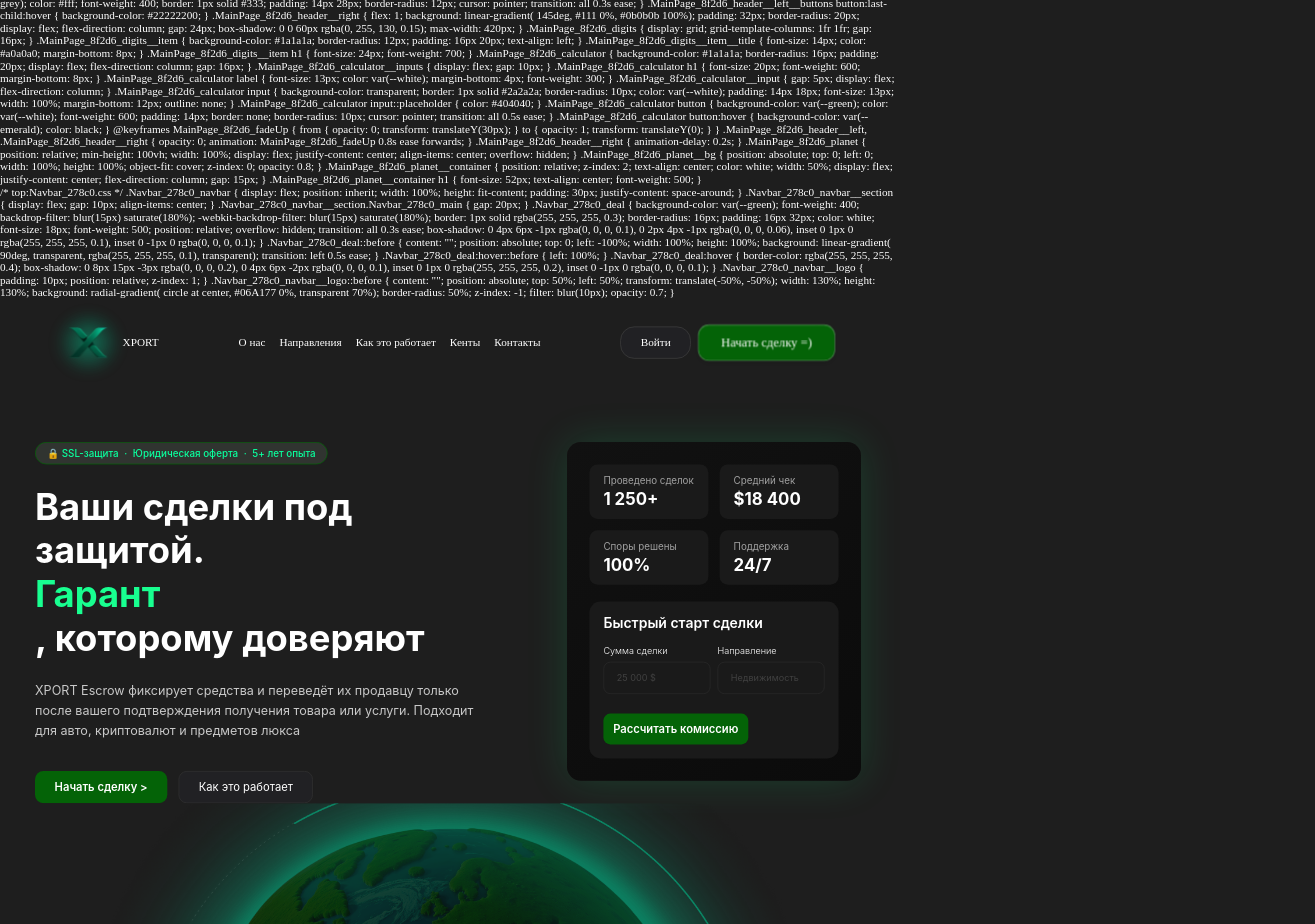
Repository: 1mpuryyyyy/x-port
Page: /x-port/
An editor plug-in stored every save of this project. The page is shown before and after a run of saves, followed by the edit.
The browser window is 1280 px wide. The page is 1879 px wide, so the pictures cover 1879 px, including what lies to the right of the window. The pictures show the part of the page from y = 1318 to 2638 px (the page is 3266 px tall before and 3284 px after), at 70% of full size.
The project was rebuilt for these pictures with package versions that can differ from the ones it lists, and the page was loaded fresh each time. Also part of the build but not shown: vite.config.js.

Above is the page before, as saved 2025-10-09 03:01:54.

After the next 4 saves:
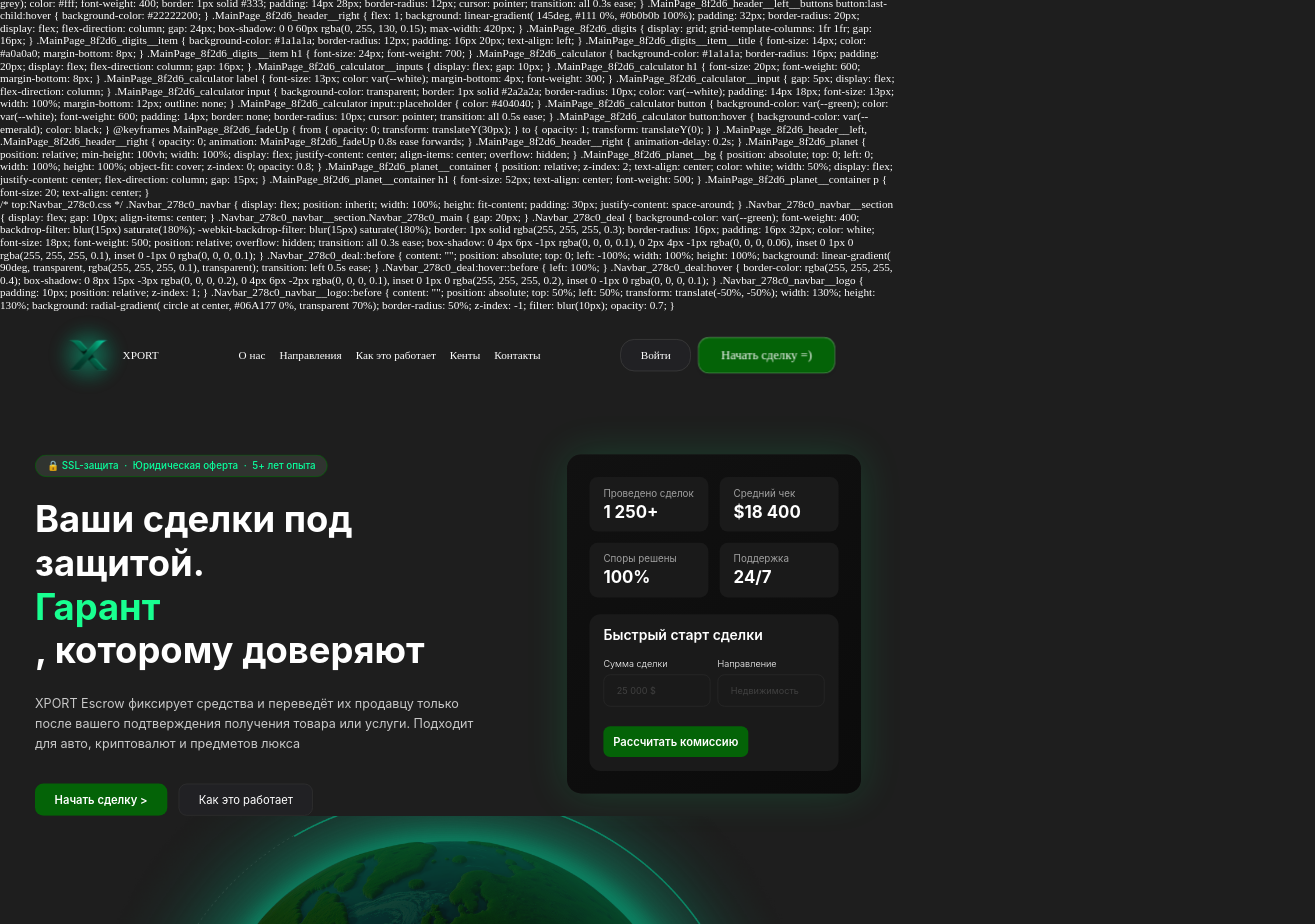
The 4 saves are shown as one change because they came seconds apart.
The last was saved 23 s later.
--- a/src/components/MainPage/MainPage.module.css
+++ b/src/components/MainPage/MainPage.module.css
@@ -265,3 +265,8 @@ section {
     text-align: center;
     font-weight: 500;
 }
+
+.planet__container p {
+    font-size: 20;
+    text-align: center;
+}
